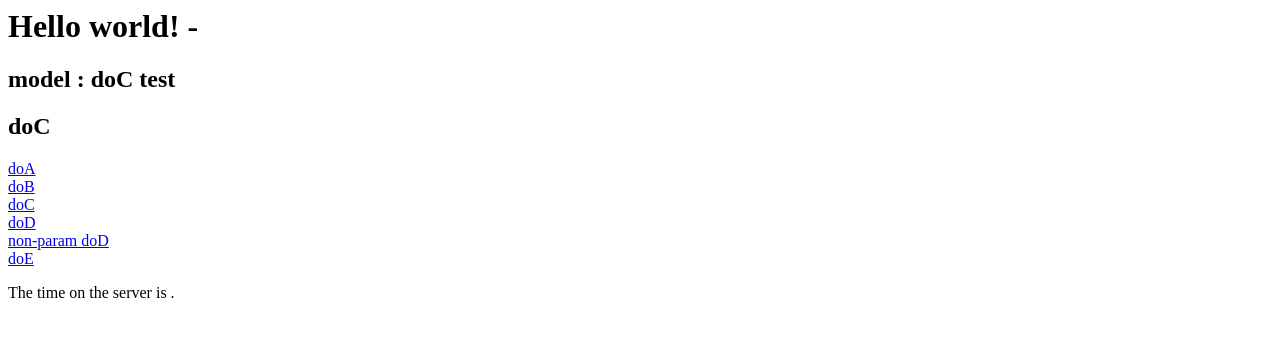
Repository: m1njunK/workspace-spring
Page: http://localhost/mvc_part01_controller/doC
An editor plug-in stored every save of this project. The page is shown before and after a run of saves, followed by the edit.
The browser window is 1280 px wide. The pictures show the whole page.
The page is served by Tomcat 9. Other server files are loaded and not shown. The template is opened directly, without the code that normally fills it, so the values that code supplies are empty.

Above is the page before, as saved 2023-07-24 06:31:00.

### mvc_part01_controller/src/main/webapp/WEB-INF/views/home.jsp
<%@ taglib uri="http://java.sun.com/jsp/jstl/core" prefix="c" %>
<%@ page session="true" %>
<html>
<head>
	<title>Home</title>
</head>
<body>
<h1>
	Hello world! - ${sessionScope.test}
</h1>
<h2>
	model : ${requestScope.modelTest}
</h2>
<h2>
	doC
</h2>
<a href="doA">doA</a> <br/>
<a href="doB">doB</a> <br/>
<a href="doC">doC</a> <br/>
<a href="doD?msg=helloSpring">doD</a> <br/>
<a href="doD">non-param doD</a> <br/>
<a href="doE">doE</a>
<P>  The time on the server is ${serverTime}. </P>
</body>
</html>

After the next 2 saves:
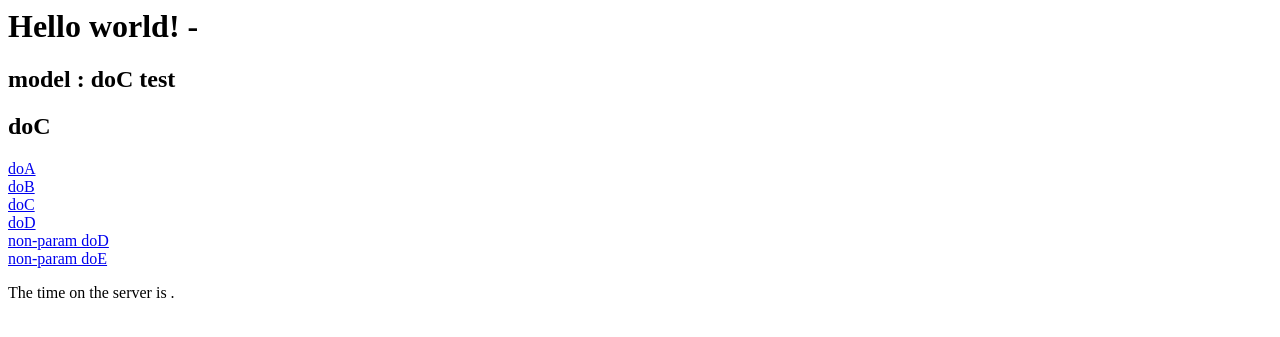
The 2 saves are shown as one change because they came seconds apart.
The last was saved 12 s later.
--- a/mvc_part01_controller/src/main/webapp/WEB-INF/views/home.jsp
+++ b/mvc_part01_controller/src/main/webapp/WEB-INF/views/home.jsp
@@ -19,7 +19,7 @@
 <a href="doC">doC</a> <br/>
 <a href="doD?msg=helloSpring">doD</a> <br/>
 <a href="doD">non-param doD</a> <br/>
-<a href="doE">doE</a>
+<a href="doE">non-param doE</a> <br/>
 <P>  The time on the server is ${serverTime}. </P>
 </body>
 </html>
